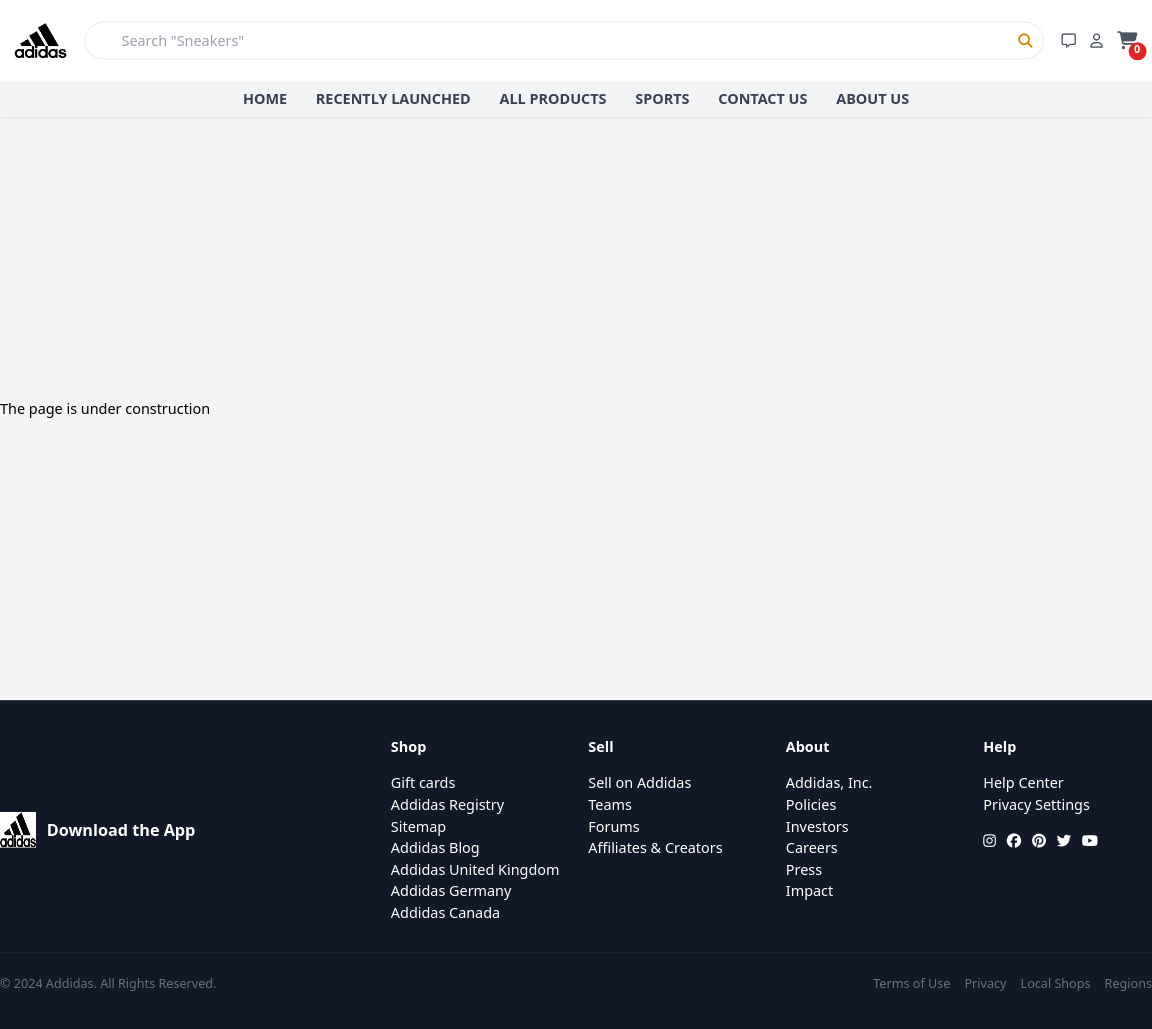
Repository: AsirAl-Anan/mid-01
Page: pages/under-construction.html
These files come from the project's save history. The page is drawn as it stood at one moment and after the next save; the edit follows.
The browser window is 1280 px wide. The pictures show the whole page, at 90% of full size.
Some web libraries are served in a nearby version.

Above is the page before, as saved 2024-09-08 21:37:42.
Console error: TypeError: Cannot read properties of null (reading 'addEventListener')

### pages/under-construction.html
<!DOCTYPE html>
<html lang="en">
  <head>
    <meta charset="UTF-8" />
    <meta name="viewport" content="width=device-width, initial-scale=1.0" />
    <title>under construction</title>
    <script src="https://cdn.tailwindcss.com"></script>

    <script src="https://kit.fontawesome.com/a3592fbd7b.js" crossorigin="anonymous"></script>
    <script src="../js/script.js"></script>

  </head>
  <body class="bg-gray-100">
    <!-- navbar -->

    <header class="bg-white shadow">
        <div class="container mx-auto px-4">
          <div class="flex justify-between items-center py-4 md:py-6">
            <!-- Logo -->
            <div class="flex items-center">
              <img src="../img/logo/Adidas_Logo.png" alt="Logo" class="h-10">
            </div>

            <!-- Search Bar -->
            <div class="relative flex-1 hidden md:block mx-5">
              <div class="flex items-center">
                <input type="text" placeholder='Search "Sneakers"'
                  class="w-full border rounded-full py-2 px-4 pl-10 focus:outline-none focus:ring-2 focus:ring-yellow-500" />
                <button class="absolute inset-y-0 right-0 flex items-center pr-3 text-yellow-600">
                  <i class="fa-solid fa-magnifying-glass"></i>
                </button>
              </div>
            </div>

            <!-- Icons -->
            <div class="flex items-center space-x-4">
              <a href="#" class="text-gray-600 hover:text-gray-800 hidden md:inline-block">
                <i class="fa-regular fa-message"></i>
              </a>
              <a href="#" class="text-gray-600 hover:text-gray-800 hidden md:inline-block">
                <i class="fa-regular fa-user"></i>
              </a>
              <a href="#" class="text-gray-600 hover:text-gray-800 relative " id="cartToggle">
                <i class="fa-solid fa-cart-shopping text-xl"  ></i>
                <span class="absolute top-4 left-3 inline-block w-5 h-5 text-xs font-bold text-white bg-red-600 rounded-full text-center "  id="cartCount">
                  0
                </span>
              </a>

              <button class="text-gray-600 hover:text-gray-800 md:hidden mobile-menu-btn">
                <i class="fa-solid fa-bars"></i>
              </button>
            </div>
          </div>
        </div>

        <!-- Navbar Links -->
        <nav class="bg-gray-100 hidden md:block">
          <div class="container mx-auto px-4 py-2 flex justify-center space-x-8">
            <a href="../index.html" class="text-gray-700 text-sm lg:text-base hover:text-yellow-600 font-semibold">HOME</a>
            <a href="under-construction.html" class="text-gray-700 text-sm lg:text-base hover:text-yellow-600 font-semibold">RECENTLY LAUNCHED</a>
            <a href="#" class="text-gray-700 text-sm lg:text-base hover:text-yellow-600 font-semibold">ALL PRODUCTS</a>
            <a href="under-construction.html" class="text-gray-700 text-sm lg:text-base hover:text-yellow-600 font-semibold">SPORTS</a>
            <a href="contact.html" class="text-gray-700 text-sm lg:text-base hover:text-yellow-600 font-semibold">CONTACT US</a>
            <a href="../index.html#about" class="text-gray-700 text-sm lg:text-base hover:text-yellow-600 font-semibold">ABOUT US</a>
          </div>
        </nav>

        <!-- Small/Medium Device Searchbar Navbar -->
        <nav class="bg-gray-100 md:hidden">
          <div class="container mx-auto px-4 py-2 flex items-center">
            <div class="relative flex-1">
              <div class="flex items-center">
                <button class="absolute inset-y-0 left-0 flex items-center pl-3 text-yellow-600">
                  <i class="fa-solid fa-magnifying-glass"></i>
                </button>
                <input type="text" placeholder='Search "Sneakers"'
                  class="w-full border rounded-full py-2 px-4 pl-10 focus:outline-none focus:ring-2 focus:ring-yellow-500" />
              </div>
            </div>
          </div>
        </nav>

        <!-- Mobile Menu -->
        <div class="mobile-menu hidden md:hidden">
          <div class="container mx-auto px-4 py-4 flex flex-col space-y-4">
            <a href="../index.html" class="text-gray-700 text-sm lg:text-base hover:text-yellow-600 font-semibold">HOME</a>
            <a href="under-construction.html" class="text-gray-700 text-sm lg:text-base hover:text-yellow-600 font-semibold">RECENTLY LAUNCHED</a>
            <a href="#" class="text-gray-700 text-sm lg:text-base hover:text-yellow-600 font-semibold">ALL PRODUCTS</a>
            <a href="under-construction.html" class="text-gray-700 text-sm lg:text-base hover:text-yellow-600 font-semibold">SPORTS</a>
            <a href="contact.html" class="text-gray-700 text-sm lg:text-base hover:text-yellow-600 font-semibold">CONTACT US</a>
            <a href="../index.html#about" class="text-gray-700 text-sm lg:text-base hover:text-yellow-600 font-semibold">ABOUT US</a>
          </div>
        </div>
      </header>



        <div class="container flex h-[90vh] w-full items-center text-center">
          <p class="text-center">The page is under construction</p>
        </div>




    <!-- footer -->
    <footer class="bg-gray-900 text-white py-10  ">
      <div class="container mx-auto flex flex-col md:flex-row justify-between items-center">
          <!-- Left Section -->
          <div class="mb-6 md:mb-0">
              <a href="#" class="flex items-center space-x-3">
                  <img src="../img/logo/Adidas_Logo.png" alt="Logo" class="w-10 h-10 bg-white " >
                  <span class="text-lg font-semibold">Download the App</span>
              </a>
          </div>
          <!-- Middle Section -->
          <div class="grid grid-cols-2 md:grid-cols-4 gap-8">
              <div>
                  <h3 class="font-bold mb-4">Shop</h3>
                  <ul>
                      <li><a href="#" class="hover:text-gray-400">Gift cards</a></li>
                      <li><a href="#" class="hover:text-gray-400">Addidas Registry</a></li>
                      <li><a href="#" class="hover:text-gray-400">Sitemap</a></li>
                      <li><a href="#" class="hover:text-gray-400">Addidas Blog</a></li>
                      <li><a href="#" class="hover:text-gray-400">Addidas United Kingdom</a></li>
                      <li><a href="#" class="hover:text-gray-400">Addidas Germany</a></li>
                      <li><a href="#" class="hover:text-gray-400">Addidas Canada</a></li>
                  </ul>
              </div>
              <div>
                  <h3 class="font-bold mb-4">Sell</h3>
                  <ul>
                      <li><a href="#" class="hover:text-gray-400">Sell on Addidas</a></li>
                      <li><a href="#" class="hover:text-gray-400">Teams</a></li>
                      <li><a href="#" class="hover:text-gray-400">Forums</a></li>
                      <li><a href="#" class="hover:text-gray-400">Affiliates & Creators</a></li>
                  </ul>
              </div>
              <div>
                  <h3 class="font-bold mb-4">About</h3>
                  <ul>
                      <li><a href="#" class="hover:text-gray-400">Addidas, Inc.</a></li>
                      <li><a href="#" class="hover:text-gray-400">Policies</a></li>
                      <li><a href="#" class="hover:text-gray-400">Investors</a></li>
                      <li><a href="#" class="hover:text-gray-400">Careers</a></li>
                      <li><a href="#" class="hover:text-gray-400">Press</a></li>
                      <li><a href="#" class="hover:text-gray-400">Impact</a></li>
                  </ul>
              </div>
              <div>
                  <h3 class="font-bold mb-4">Help</h3>
                  <ul>
                      <li><a href="#" class="hover:text-gray-400">Help Center</a></li>
                      <li><a href="#" class="hover:text-gray-400">Privacy Settings</a></li>
                      <li class="mt-4 flex space-x-3">
                          <!-- Social Icons -->
                          <a href="#" class="hover:text-gray-400"><i class="fab fa-instagram"></i></a>
                          <a href="#" class="hover:text-gray-400"><i class="fab fa-facebook"></i></a>
                          <a href="#" class="hover:text-gray-400"><i class="fab fa-pinterest"></i></a>
                          <a href="#" class="hover:text-gray-400"><i class="fab fa-twitter"></i></a>
                          <a href="#" class="hover:text-gray-400"><i class="fab fa-youtube"></i></a>
                      </li>
                  </ul>
              </div>
          </div>
      </div>

      <!-- Bottom Section -->
      <div class="border-t border-gray-800 mt-8 pt-6 text-sm text-gray-500 text-center">
          <div class="container mx-auto flex flex-col md:flex-row justify-between items-center">
              <div>&copy; 2024 Addidas. All Rights Reserved.</div>
              <div class="space-x-3 mt-4 md:mt-0">
                  <a href="#" class="hover:text-gray-400">Terms of Use</a>
                  <a href="#" class="hover:text-gray-400">Privacy</a>
                  <a href="#" class="hover:text-gray-400">Local Shops</a>
                  <a href="#" class="hover:text-gray-400">Regions</a>
              </div>
          </div>
      </div>
  </footer>
  </body>
</html>

### js/script.js
document.addEventListener('DOMContentLoaded', function() {
    // Toggle the mobile menu
    const mobileMenuBtn = document.querySelector('.mobile-menu-btn');
    const mobileMenu = document.querySelector('.mobile-menu');

    mobileMenuBtn.addEventListener('click', () => {
      mobileMenu.classList.toggle('hidden');
    });
 // Carousel script
 const carousel = document.getElementById('carousel');
 const dots = document.querySelectorAll('button[id^="dot-"]');
 let index = 0;

 const slideImages = () => {
   const totalSlides = carousel.children.length;
   index = (index + 1) % totalSlides;
   carousel.style.transform = `translateX(-${index * 100}%)`;
   updateActiveDot();
 };

 const updateActiveDot = () => {
   dots.forEach((dot, i) => {
     if (i === index) {
       dot.classList.add('bg-gray-500');
       dot.classList.remove('bg-gray-300');
     } else {
       dot.classList.remove('bg-gray-500');
       dot.classList.add('bg-gray-300');
     }
   });
 };

 dots.forEach((dot, i) => {
   dot.addEventListener('click', () => {
     index = i;
     carousel.style.transform = `translateX(-${index * 100}%)`;
     updateActiveDot();
   });
 });

 setInterval(slideImages, 2000);

  });

  //tabing system
  function changeTab(tab) {
    // Hide all tabs
    document.querySelectorAll('.grid').forEach(grid => grid.classList.add('hidden'));

    // Show the clicked tab
    document.getElementById(tab).classList.remove('hidden');

    // Update tab styling
    document.querySelectorAll('button').forEach(btn => {
      btn.classList.remove('border-black');
      btn.classList.add('border-transparent');
    });
    document.getElementById('tab-' + tab).classList.remove('border-transparent');
    document.getElementById('tab-' + tab).classList.add('border-black');
  }





//cart
document.addEventListener('DOMContentLoaded' ,()=>{
// Cart functionality
let cart = JSON.parse(localStorage.getItem('cart')) || [];
const cartDrawer = document.getElementById('cartDrawer');
const cartToggle = document.getElementById('cartToggle');
const closeCart = document.getElementById('closeCart');
const continueShopping = document.getElementById('continueShopping');
const cartItems = document.getElementById('cartItems');
const cartTotal = document.getElementById('cartTotal');
const cartCount = document.getElementById('cartCount');

function updateCart() {
    cartItems.innerHTML = '';
    let total = 0;
    cart.forEach((item, index) => {
        const itemElement = document.createElement('div');
        itemElement.classList.add('flex', 'py-6');
        itemElement.innerHTML = `
            <div class="h-24 w-24 flex-shrink-0 overflow-hidden rounded-md border border-gray-200">
                <img src="${item.image}" alt="${item.name}" class="h-full w-full object-cover object-center">
            </div>
            <div class="ml-4 flex flex-1 flex-col">
                <div>
                    <div class="flex justify-between text-base font-medium text-gray-900">
                        <h3>${item.name}</h3>
                        <p class="ml-4">৳${item.price}</p>
                    </div>
                </div>
                <div class="flex flex-1 items-end justify-between text-sm">
                    <div class="flex items-center">
                        <button onclick="changeQuantity(${index}, -1)" class="font-medium text-indigo-600 hover:text-indigo-500 px-2">-</button>
                        <p class="text-gray-500 px-2">${item.quantity}</p>
                        <button onclick="changeQuantity(${index}, 1)" class="font-medium text-indigo-600 hover:text-indigo-500 px-2">+</button>
                    </div>
                    <button type="button" onclick="removeItem(${index})" class="font-medium text-indigo-600 hover:text-indigo-500">Remove</button>
                </div>
            </div>
        `;
        cartItems.appendChild(itemElement);
        total += item.price * item.quantity;
    });
    cartTotal.textContent = `৳${total.toFixed(2)}`;
    cartCount.textContent = cart.reduce((sum, item) => sum + item.quantity, 0);
    localStorage.setItem('cart', JSON.stringify(cart));
}

function addToCart(product) {
    const existingItem = cart.find(item => item.id === product.id);
    if (existingItem) {
        existingItem.quantity++;
    } else {
        cart.push({ ...product, quantity: 1 });
    }
    updateCart();
    openCart();
}

function changeQuantity(index, change) {
    cart[index].quantity += change;
    if (cart[index].quantity <= 0) {
        removeItem(index);
    } else {
        updateCart();
    }
}

function removeItem(index) {
    cart.splice(index, 1);
    updateCart();
}

function openCart() {
    cartDrawer.classList.remove('translate-x-full');
}

function closeCartDrawer() {
    cartDrawer.classList.add('translate-x-full');
}

cartToggle.addEventListener('click', (e) => {
    e.preventDefault();
    openCart();
});

closeCart.addEventListener('click', closeCartDrawer);
continueShopping.addEventListener('click', closeCartDrawer);

// Add event listeners to your "Add to Cart" buttons
document.querySelectorAll('.add-to-cart-btn').forEach(button => {
    button.addEventListener('click', () => {
        const product = {
            id: button.dataset.id,
            name: button.dataset.name,
            price: parseFloat(button.dataset.price),
            image: button.dataset.image
        };
        addToCart(product);
    });
});

// Initial cart update
updateCart();




// let itemNumber = parseFloat(document.querySelector('#item').innerHTML)
// let totalItems = parseFloat(cartCount.innerHTML)

// document.querySelector('#item').innerHTML = totalItems;



//update info


})

After the next save:
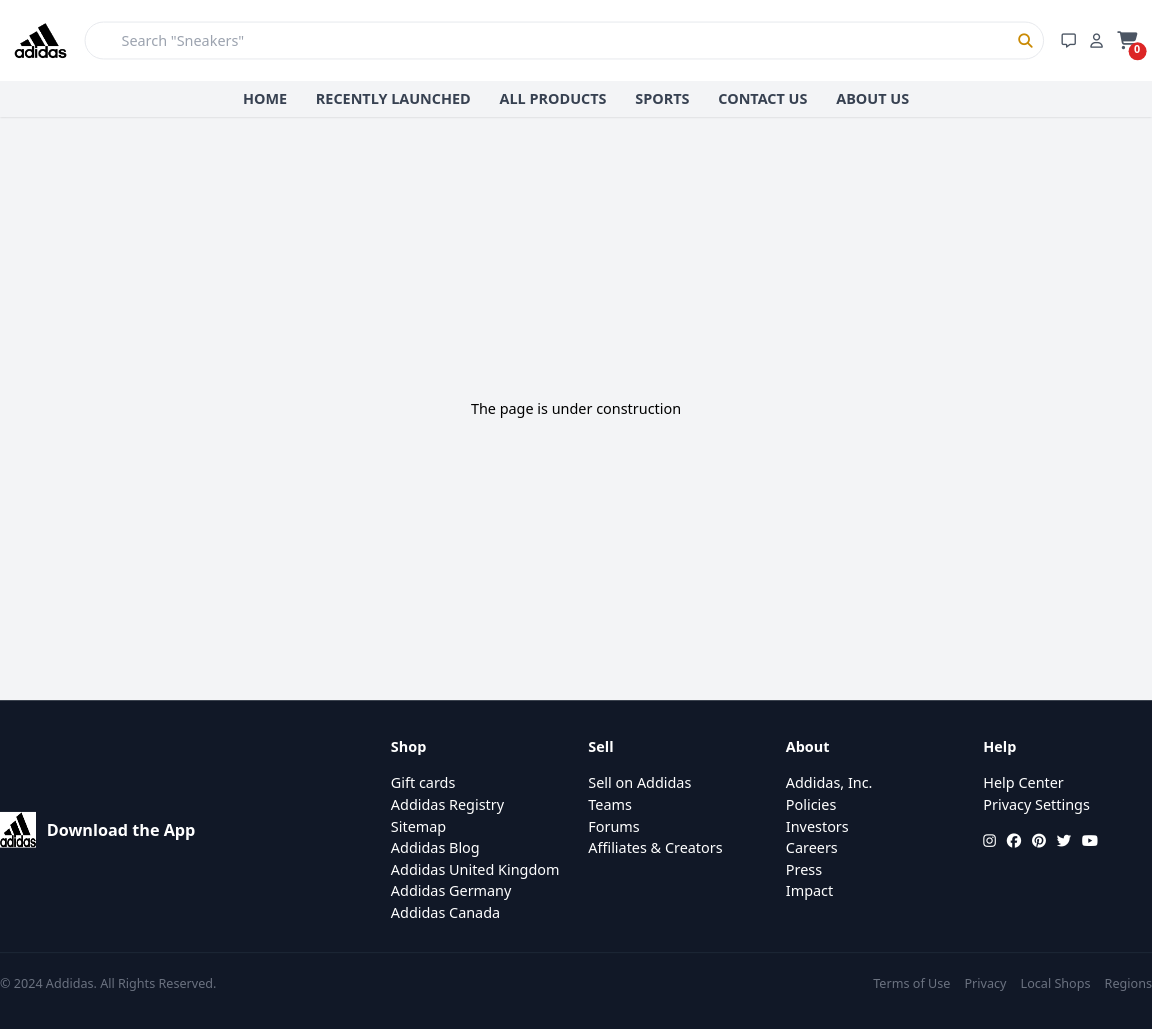
Saved 40 s later.
--- a/pages/under-construction.html
+++ b/pages/under-construction.html
@@ -96,7 +96,7 @@
 
 
 
-        <div class="container flex h-[90vh] w-full items-center text-center">
+        <div class="container flex h-[90vh] w-full items-center text-center justify-center">
           <p class="text-center">The page is under construction</p>
         </div>
 
